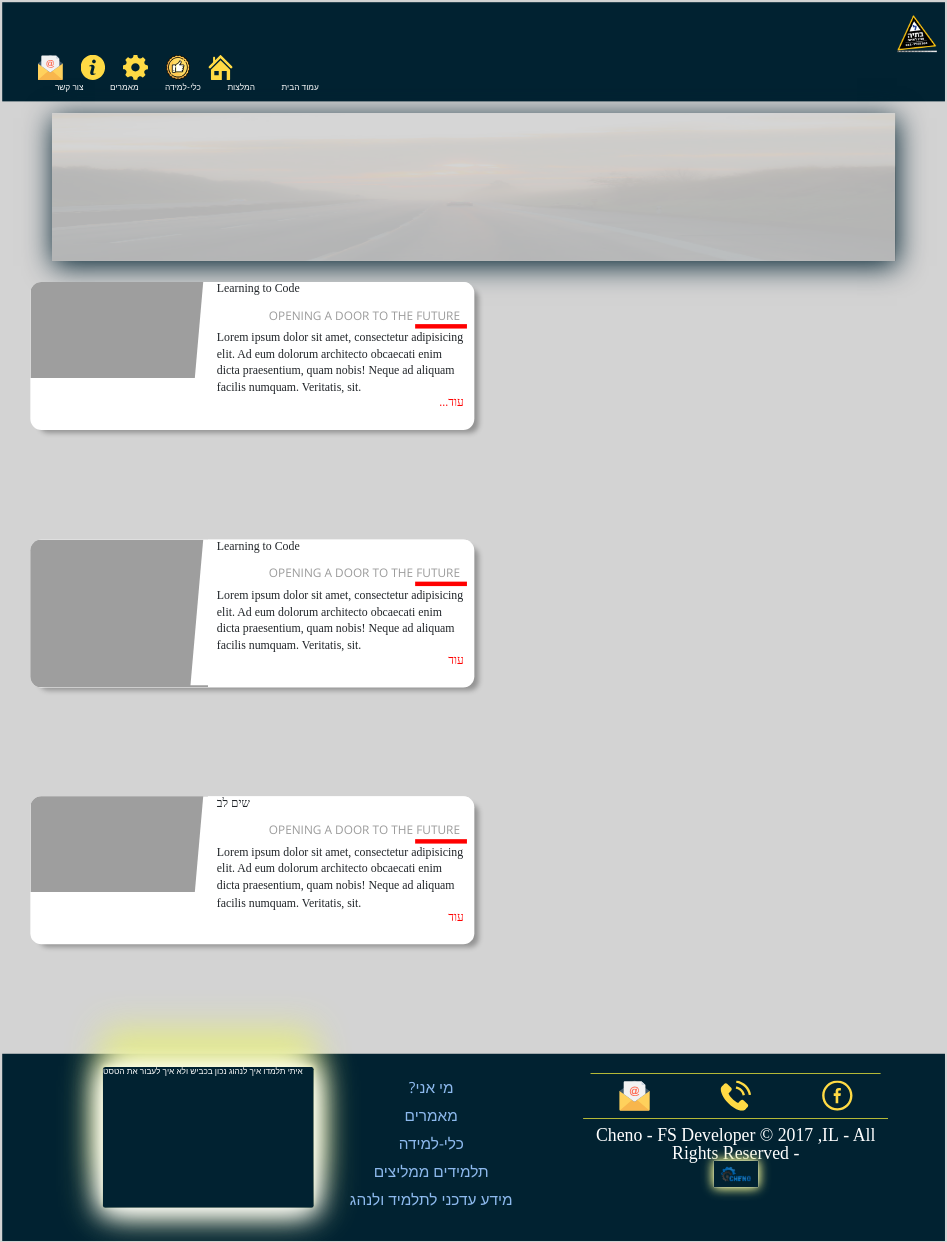
Repository: ChenGinsberg/BatyaLamed-site
Page: index.html
The author's editor kept a copy of each file at every save. The page is drawn from the files as they stood at one save, then again after the next save.
The browser window is 1280 px wide. The pictures show the whole page, at 74% of full size.
Pictures or frames that could not be fetched are drawn as grey boxes. Some web libraries are served in a nearby version.

Above is the page before, as saved 2017-11-14 00:06:49.

After the next save:
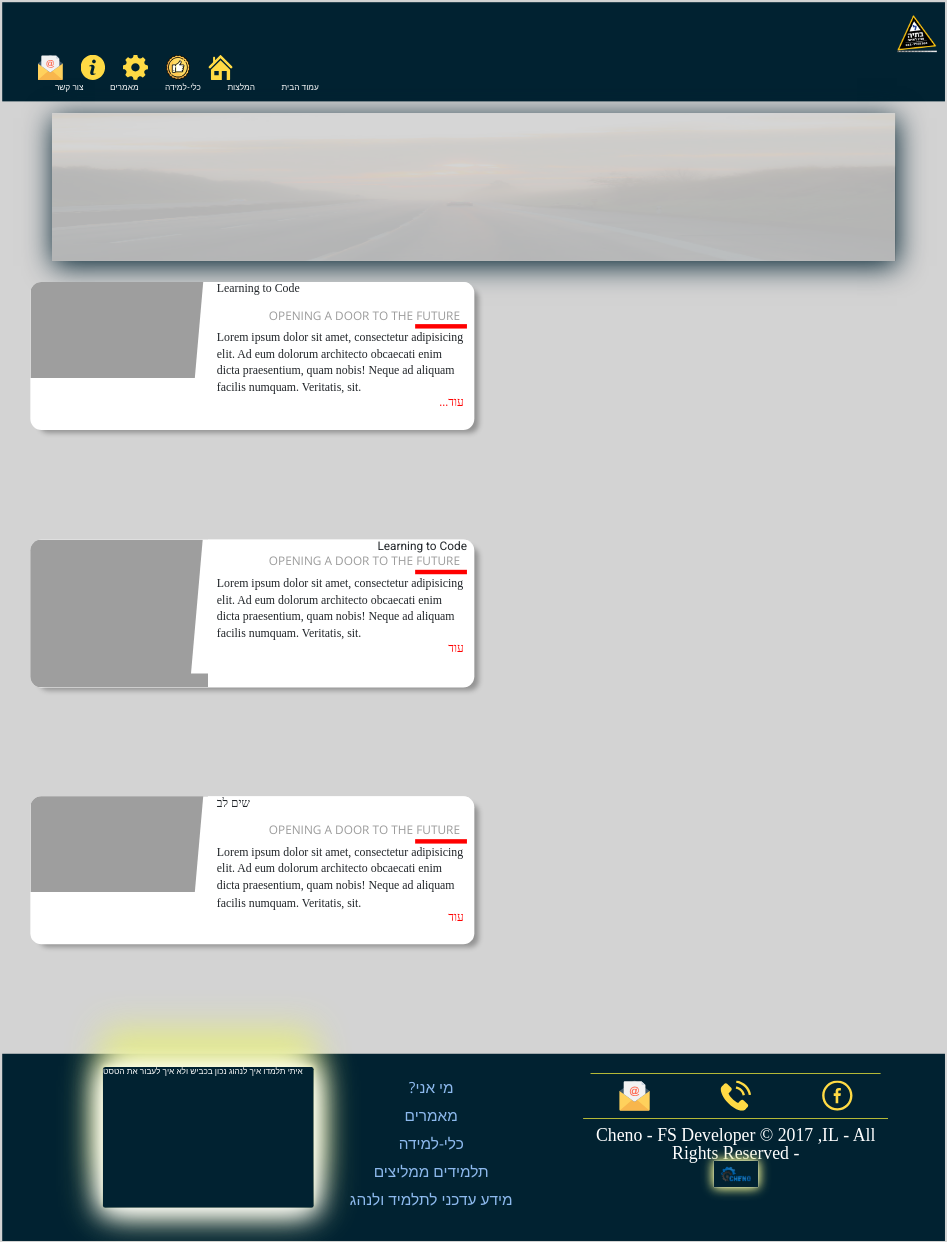
Saved 27 s later.
--- a/index.html
+++ b/index.html
@@ -62,7 +62,7 @@
     <div class="blog-card">
         <div class="photo photo2"></div>
         <div class="description">
-            <span class="infoBox_header">Learning to Code</span>
+            <h1 class="infoBox_header">Learning to Code</h1>
             <h2>Opening a door to the future</h2>
             <p class="summary">Lorem ipsum dolor sit amet, consectetur adipisicing elit. Ad eum dolorum architecto obcaecati enim dicta praesentium,
                 quam nobis! Neque ad aliquam facilis numquam. Veritatis, sit.</p>

After the save that followed:
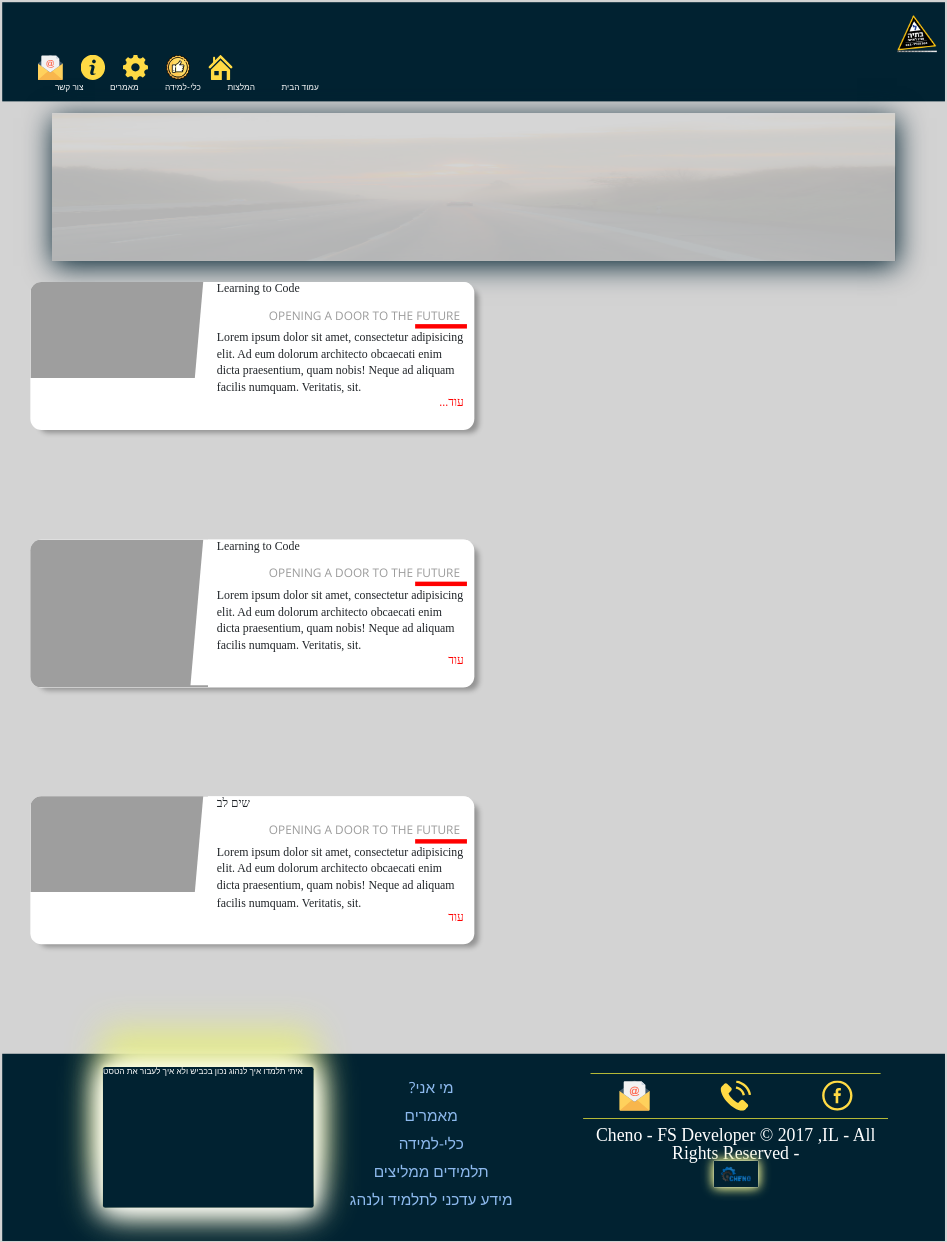
Saved 61 s later.
--- a/style/infoBox.css
+++ b/style/infoBox.css
@@ -1,4 +1,6 @@
 @import url(https://fonts.googleapis.com/css?family=Open+Sans:400,700|Roboto:400,700);
+.infoBox_header {}
+
 .blog-card {
     transition: height 0.3s ease;
     -webkit-transition: height 0.3s ease;
@@ -109,7 +111,7 @@
     position: relative;
 }
 
-.blog-card .description h1 {
+.blog-card .description infoBox_header {
     direction: rtl;
     font-family: "Roboto";
     line-height: 1em;
